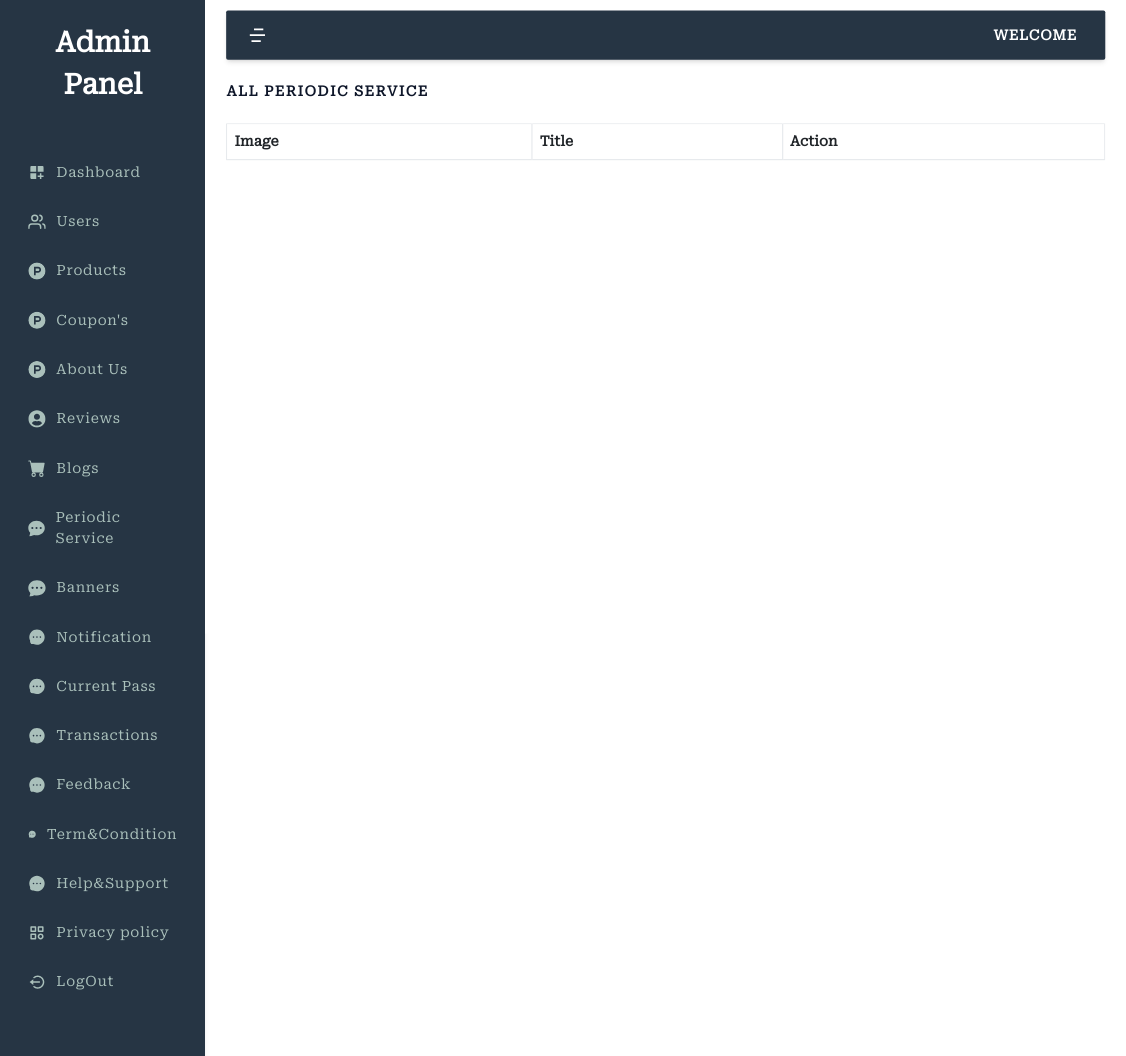
Repository: FlyweisReact/Arun-Chauhan
Page: /complaint
The author's editor kept a copy of each file at every save. The page is drawn from the files as they stood at one save, then again after the next save.
The browser window is 1280 px wide. The pictures show the whole page, at 88% of full size.
Some web libraries are served in a nearby version. The project was rebuilt for these pictures with package versions that can differ from the ones it lists, and the page was loaded fresh each time. Also part of the build but not shown: src/components/forms/Login.jsx, src/components/layout/Navbar.jsx, src/components/layout/Sidebar.jsx, src/components/layout/HOC.jsx, src/components/pages/Dashboard.jsx, src/components/vendorPanel/components/pages/Message/Message.js, src/components/pages/UserKundli/UserKundli.jsx, src/components/pages/discount/Discount.jsx and 27 more.

Above is the page before, as saved 2023-03-14 15:05:10.

After the next save:
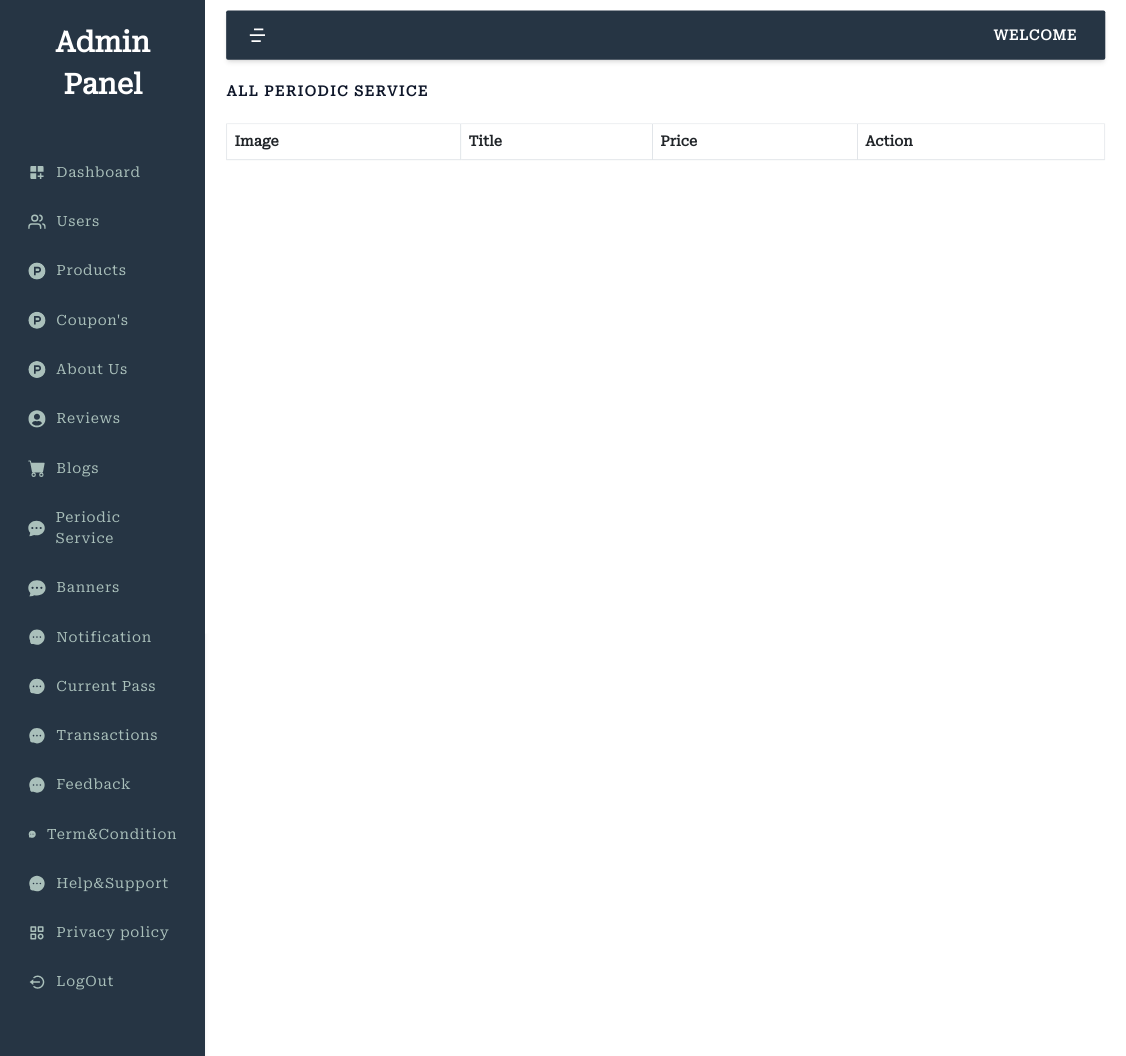
Saved 5 s later.
--- a/src/components/vendorPanel/components/pages/Complaint/Complaint.js
+++ b/src/components/vendorPanel/components/pages/Complaint/Complaint.js
@@ -71,6 +71,7 @@ const Complaint = () => {
               <tr>
                 <th> Image</th>
                 <th> Title</th>
+                <th> Price</th>
                 <th>Action</th>
               </tr>
             </thead>
